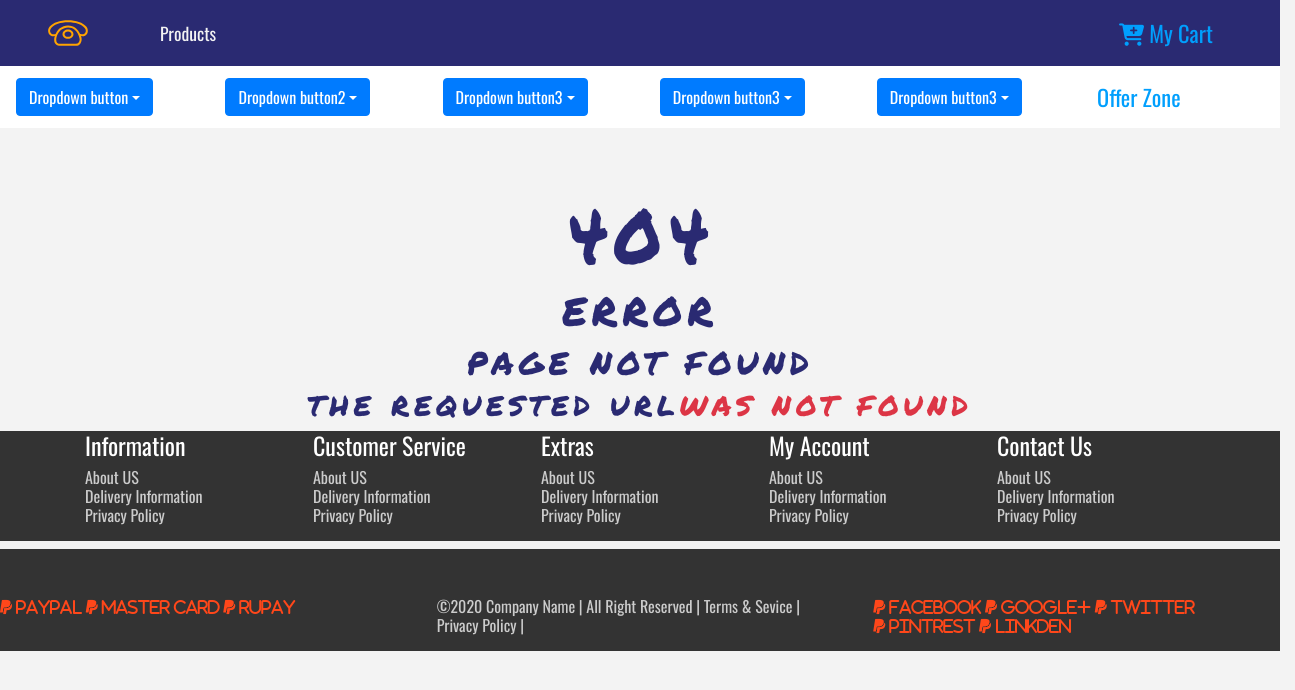
Repository: aditya1068/Online-Store
Page: /videos
An editor plug-in stored every save of this project. The page is shown before and after the next save, followed by the edit.
The browser window is 1280 px wide. The page is 1295 px wide, so the pictures cover 1295 px, including what lies to the right of the window. The pictures show the whole page.
Some web libraries are served in a nearby version. The project was rebuilt for these pictures with package versions that can differ from the ones it lists, and the page was loaded fresh each time. Also part of the build but not shown: src/components/Products.js, src/components/Title.js, src/components/ProductsList.js, src/components/Details.js, src/components/Cart.js, src/components/Slider.js.

Above is the page before, as saved 2020-04-14 18:07:30.

After the next save:
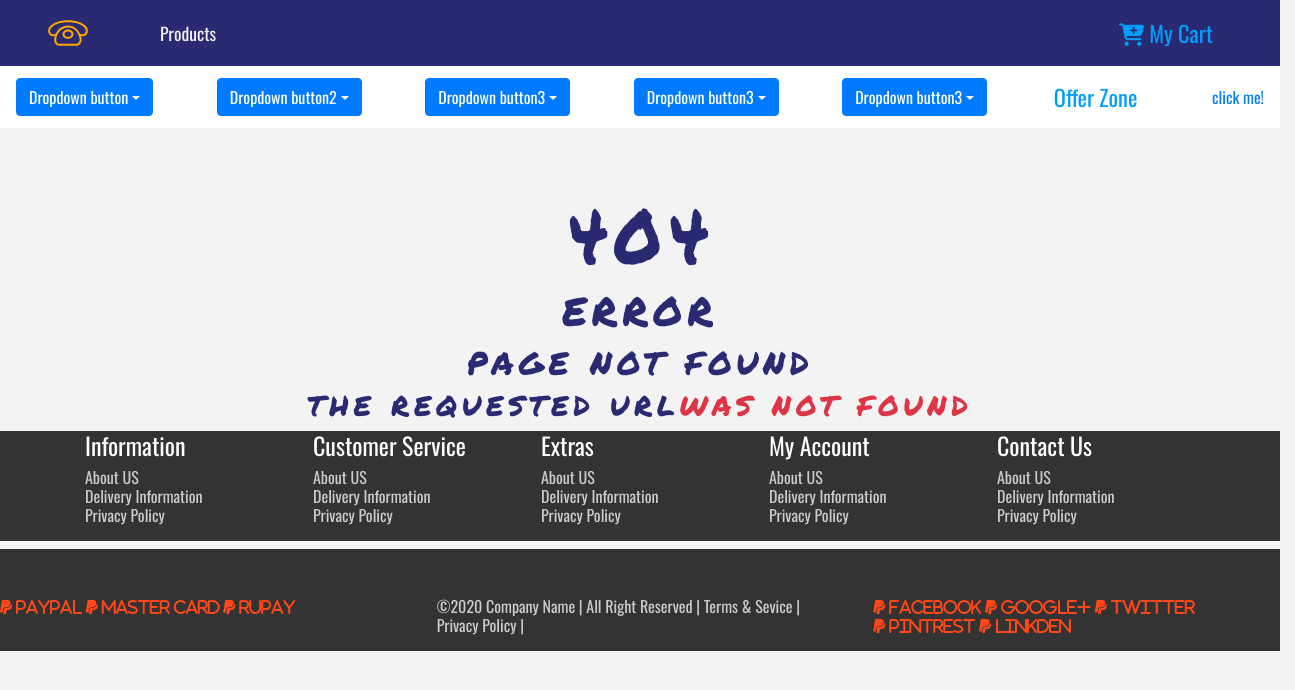
Saved 16 min 40 s later.
--- a/src/components/Navbar1.js
+++ b/src/components/Navbar1.js
@@ -27,11 +27,7 @@ export default class Navbar1 extends Component {
      <Dropdown.Item as="button">Another action2</Dropdown.Item>
      <Dropdown.Item as="button">Something else2</Dropdown.Item>
      <Dropdown.Item as="button">Action3</Dropdown.Item>
-     <Dropdown.Item as="button">Another action2</Dropdown.Item>
-     <Dropdown.Item as="button">Something else2</Dropdown.Item>
-     <Dropdown.Item as="button">Action3</Dropdown.Item>
-     <Dropdown.Item as="button">Another action2</Dropdown.Item>
-     <Dropdown.Item as="button">Something else2</Dropdown.Item>
+
 
    </DropdownButton>
 
@@ -49,7 +45,7 @@ export default class Navbar1 extends Component {
 
 
    <ButtonContainer to= "/" className= "nav-link"> Offer Zone </ButtonContainer>
-   <Link to="/videos"> <Videos>Online Streaming</Videos> </Link>
+   <a href="#" onClick={this.handleClick}>click me!</a>
    </Dropdown>
     );
   }
